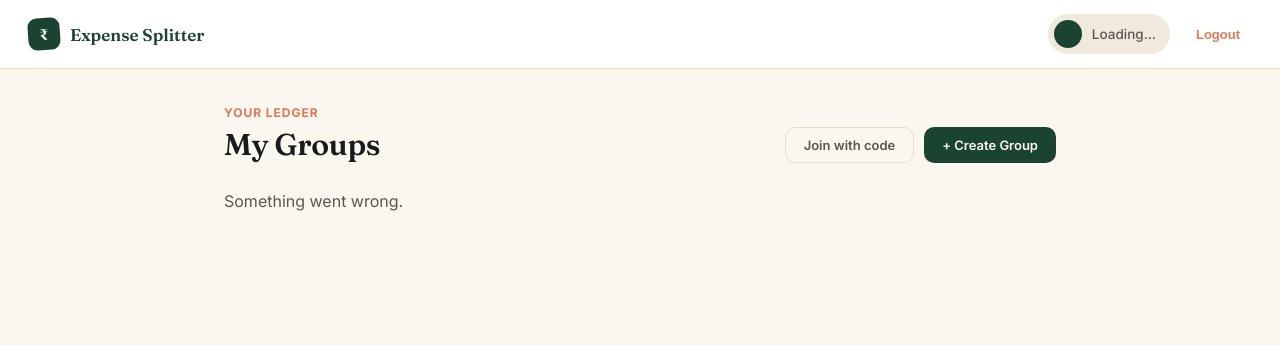
Repository: vinitameena776-commits/Expense-splitter
Page: frontend/pages/dashboard.html
These files come from the project's save history. The page is drawn as it stood at one moment and after the next save; the edit follows.
The browser window is 1280 px wide. The pictures show the whole page.
The page's requests for data from a server got no answer.

Above is the page before, as saved 2026-06-21 11:35:12.

After the next save:
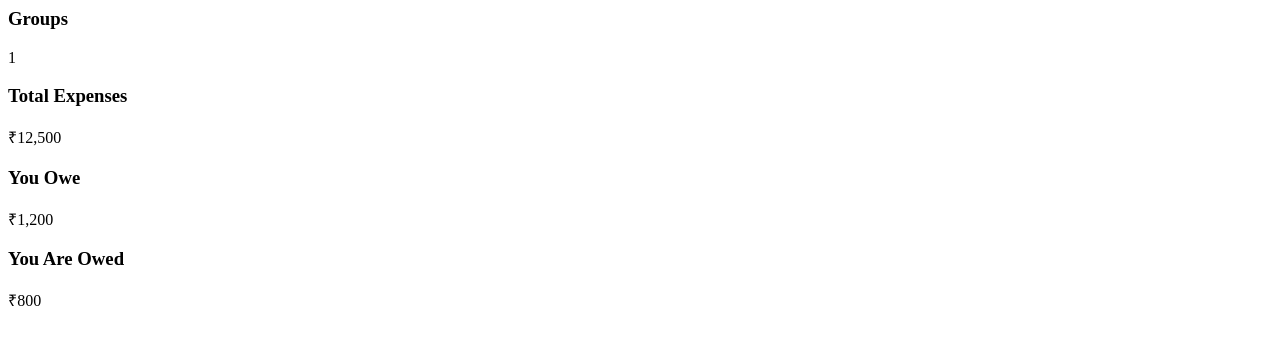
Saved 4 min 10 s later.
--- a/frontend/pages/dashboard.html
+++ b/frontend/pages/dashboard.html
@@ -1,90 +1,21 @@
-<!DOCTYPE html>
-<html lang="en">
-<head>
-  <meta charset="UTF-8">
-  <meta name="viewport" content="width=device-width, initial-scale=1.0">
-  <title>Dashboard — Expense Splitter</title>
-  <link rel="stylesheet" href="../css/style.css">
-</head>
-<body class="app-body">
-
-  <nav class="topbar">
-    <a href="dashboard.html" class="topbar-brand">
-      <span class="glyph-sm">₹</span>
-      <span>Expense Splitter</span>
-    </a>
-    <div class="topbar-right">
-      <div class="user-chip">
-        <span class="avatar" id="userAvatar"></span>
-        <span id="userName">Loading...</span>
-      </div>
-      <button class="logout-link" onclick="logout()">Logout</button>
-    </div>
-  </nav>
-
-  <div class="shell">
-    <div class="shell-header">
-      <div>
-        <span class="eyebrow">Your ledger</span>
-        <h2>My Groups</h2>
-      </div>
-      <div class="header-actions">
-        <button class="btn btn-ghost btn-small" onclick="openModal('joinModal')">
-          Join with code
-        </button>
-        <button class="btn btn-small" onclick="openModal('createModal')">
-          + Create Group
-        </button>
-      </div>
-    </div>
-
-    <div id="groupsContainer">
-      <div class="groups-grid">
-        <div class="skeleton skeleton-card"></div>
-        <div class="skeleton skeleton-card"></div>
-        <div class="skeleton skeleton-card"></div>
-      </div>
-    </div>
+<div class="stats-grid">
+  <div class="stat-card">
+    <h3>Groups</h3>
+    <p id="totalGroups">1</p>
   </div>
 
-  <!-- Create Group Modal -->
-  <div class="modal-overlay" id="createModal">
-    <div class="modal">
-      <h3>Create new group</h3>
-      <div class="alert alert-error" id="createError"></div>
-      <div class="field">
-        <label>Group Name</label>
-        <input type="text" id="groupName" placeholder="e.g. Goa Trip 2024" />
-      </div>
-      <div class="field">
-        <label>Description (optional)</label>
-        <input type="text" id="groupDesc" placeholder="e.g. Trip expenses" />
-      </div>
-      <div class="modal-actions">
-        <button class="btn btn-ghost" onclick="closeModal('createModal')">Cancel</button>
-        <button class="btn" id="createGroupBtn" onclick="createGroup()">Create</button>
-      </div>
-    </div>
+  <div class="stat-card">
+    <h3>Total Expenses</h3>
+    <p>₹12,500</p>
   </div>
 
-  <!-- Join Group Modal -->
-  <div class="modal-overlay" id="joinModal">
-    <div class="modal">
-      <h3>Join a group</h3>
-      <div class="alert alert-error" id="joinError"></div>
-      <div class="field">
-        <label>Invite Code</label>
-        <input type="text" id="inviteCode" placeholder="e.g. GRP-NICX4" style="text-transform:uppercase" />
-      </div>
-      <div class="modal-actions">
-        <button class="btn btn-ghost" onclick="closeModal('joinModal')">Cancel</button>
-        <button class="btn" id="joinGroupBtn" onclick="joinGroup()">Join</button>
-      </div>
-    </div>
+  <div class="stat-card">
+    <h3>You Owe</h3>
+    <p>₹1,200</p>
   </div>
 
-  <div class="toast-stack" id="toastStack"></div>
-
-  <script src="../js/dashboard.js"></script>
-</body>
-</html>
+  <div class="stat-card">
+    <h3>You Are Owed</h3>
+    <p>₹800</p>
+  </div>
+</div>
